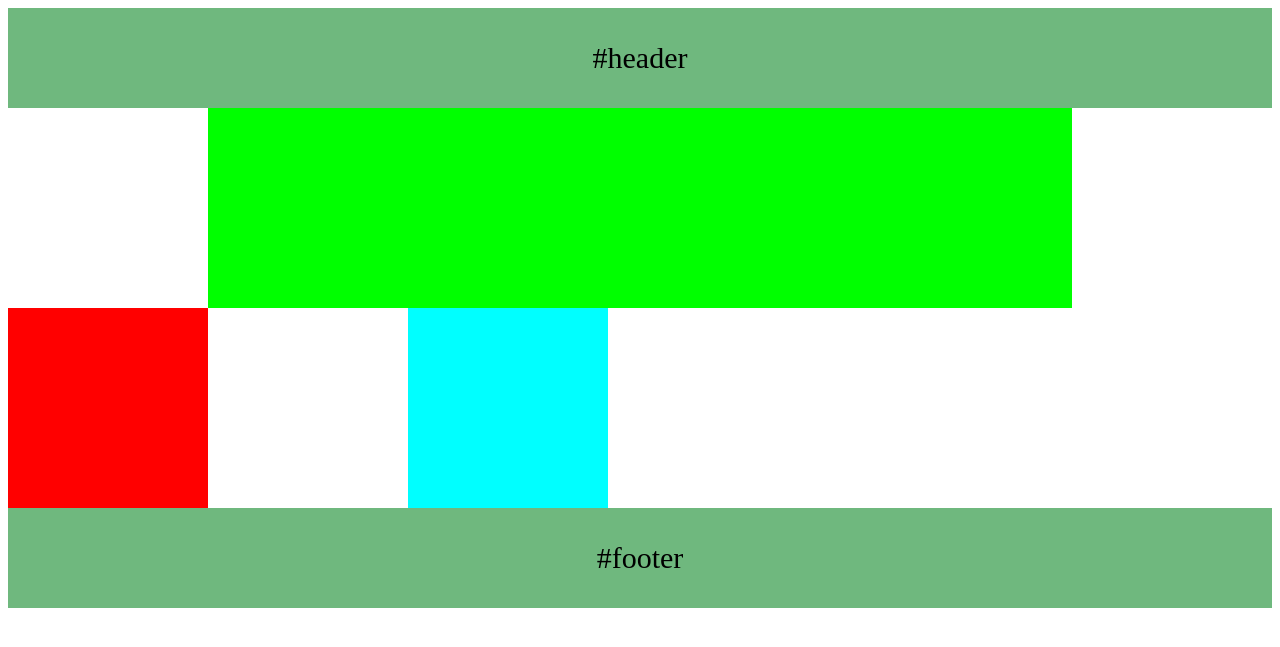
Repository: LstHeart/html-learning
Page: css/圣杯布局.html
The author's editor kept a copy of each file at every save. The page is drawn from the files as they stood at one save, then again after the next save.
The browser window is 1280 px wide. The pictures show the whole page.

Above is the page before, as saved 2021-01-06 21:59:54.

### css/圣杯布局.html
<!DOCTYPE html>
<html lang="en">
<head>
    <meta charset="UTF-8">
    <meta name="viewport" content="width=device-width, initial-scale=1.0">
    <title>圣杯布局</title>
    <link rel="stylesheet" href="圣杯布局.css">
</head>
<body>
    <!-- 一个网页通常由上中下三部分组成 -->
    <!-- 1.header头部 -->
    <div class="header">#header</div>
    <!-- 2.主题内容区content -->
    <div class="container">
        <div class="column center"></div>
        <div class="column left"></div>
        <div class="column right"></div>
    </div>
    <!-- 3.尾部footer -->
    <div class="footer">#footer</div>

</body>
</html>

### css/圣杯布局.css
/* 头部和尾部 */
.header,.footer{
    width: 100%;
    height: 100px;
    background-color: rgb(111, 184, 126);
    text-align: center;
    font-size: 30px;
    /* vertical-align: middle; */
    line-height: 100px;
}
/* 主体 */
.container{
    padding: 0 200px;
    overflow: hidden;
}
.column{
    float: left;
    height: 200px;
    position: relative;
}
.left{
    width: 200px;
    background-color: #ff0000;
    left: -200px
}
.center{
    width: 100%;
    background-color: #00ff00;
}
.right{
    width: 200px;
    background-color: #00ffff;
    right: ;
}

After the next save:
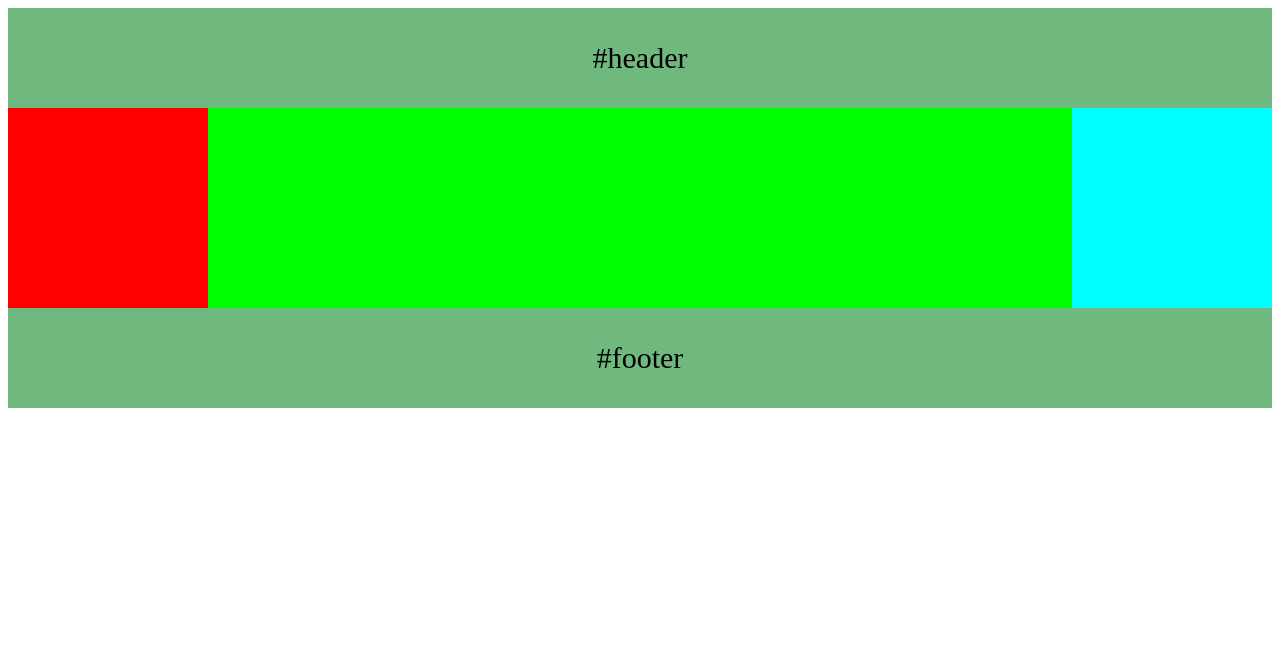
Saved 64 s later.
--- a/css/圣杯布局.css
+++ b/css/圣杯布局.css
@@ -21,6 +21,7 @@
 .left{
     width: 200px;
     background-color: #ff0000;
+    margin-left: -100%;
     left: -200px
 }
 .center{
@@ -30,5 +31,6 @@
 .right{
     width: 200px;
     background-color: #00ffff;
-    right: ;
+    margin-left: -200px;
+    right: -200px;
 }
